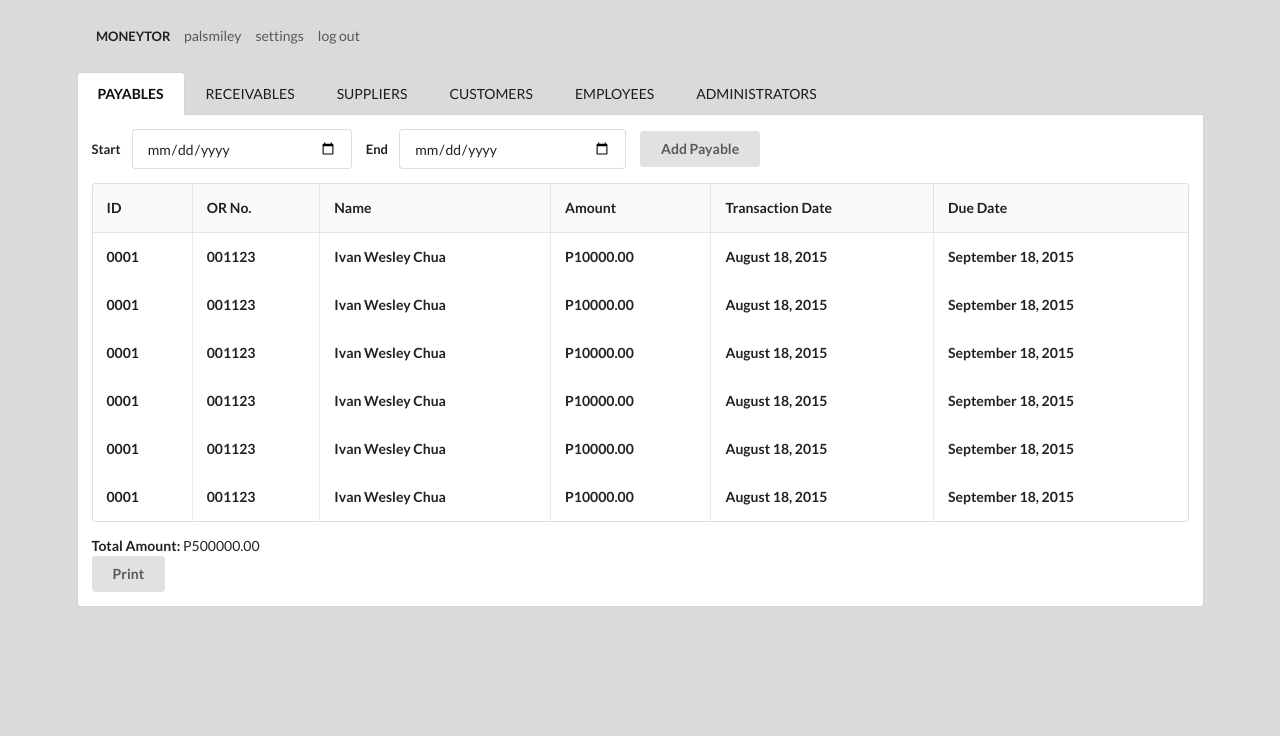
Repository: TV5/MoneyTor
Page: Workspace/MoneyTor/war/main.html
The author's editor kept a copy of each file at every save. The page is drawn from the files as they stood at one save, then again after the next save.
The browser window is 1280 px wide. The pictures show the whole page.

Above is the page before, as saved 2015-08-18 10:10:44.

After the next save:
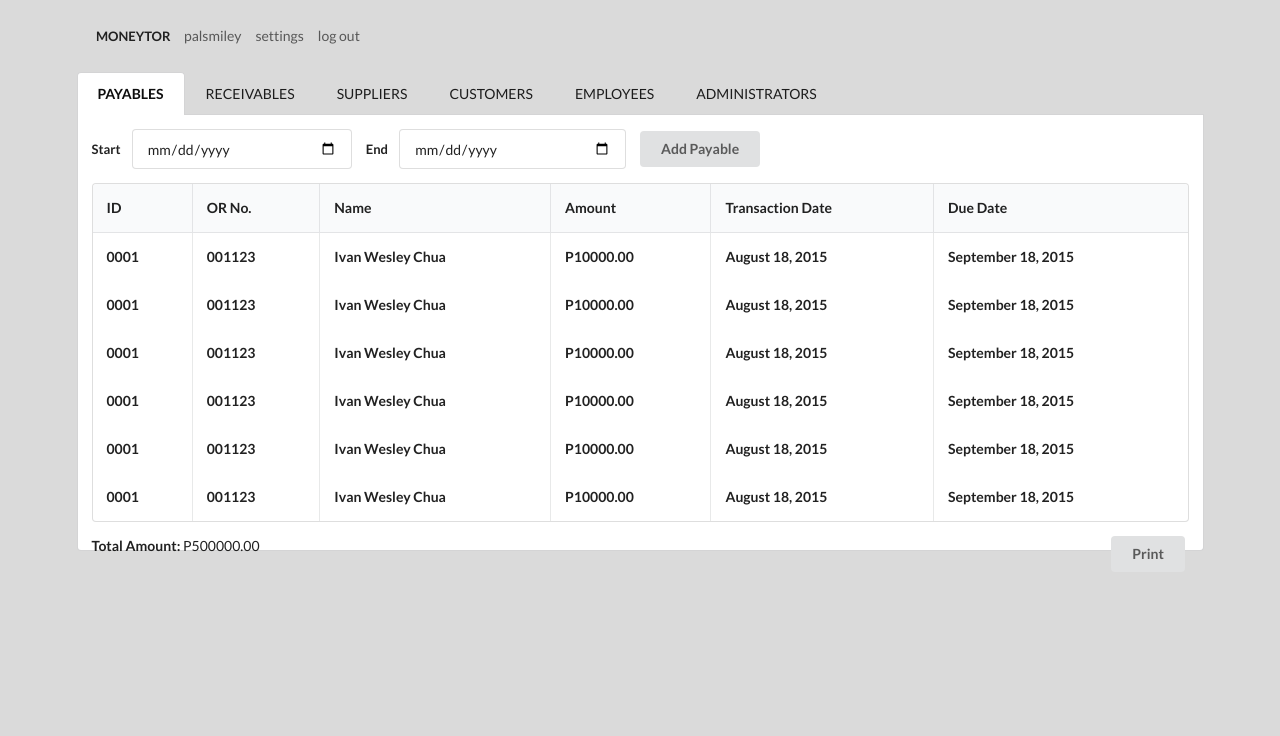
Saved 16 s later.
--- a/Workspace/MoneyTor/war/main.html
+++ b/Workspace/MoneyTor/war/main.html
@@ -169,8 +169,8 @@
 	  </tbody>
 	  </table>
 	<span>
-	  <div class="ui bottom attached text"><b>Total Amount: </b> P500000.00</div>
-	  <button class="ui button">Print</button>
+	  <div class="ui bottom attached text" style="float:left"><b>Total Amount: </b> P500000.00</div>
+	  <button class="ui button" style="float:right">Print</button>
 	</span>
 	</div>
 </div>
